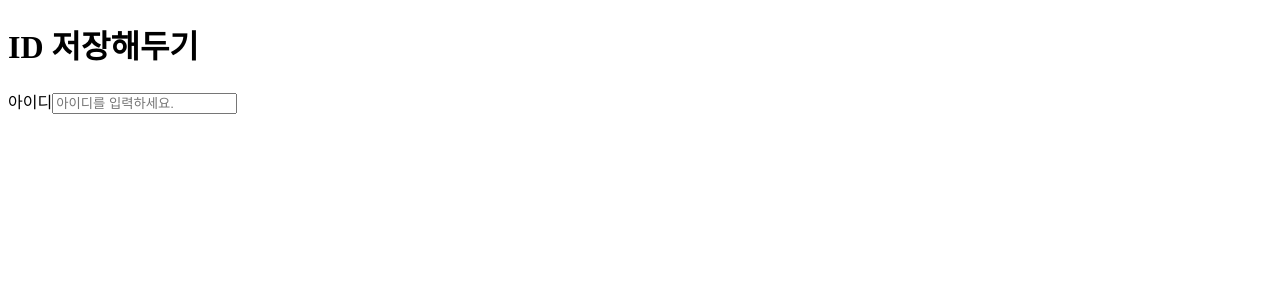
Repository: pro-hk/jsp
Page: http://localhost/chap05/id_save01.jsp
These files come from the project's save history. The page is drawn as it stood at one moment and after the next save; the edit follows.
The browser window is 1280 px wide. The pictures show the whole page.
The page is served by Tomcat 9.

Above is the page before, as saved 2022-01-25 05:20:04.

After the next save:
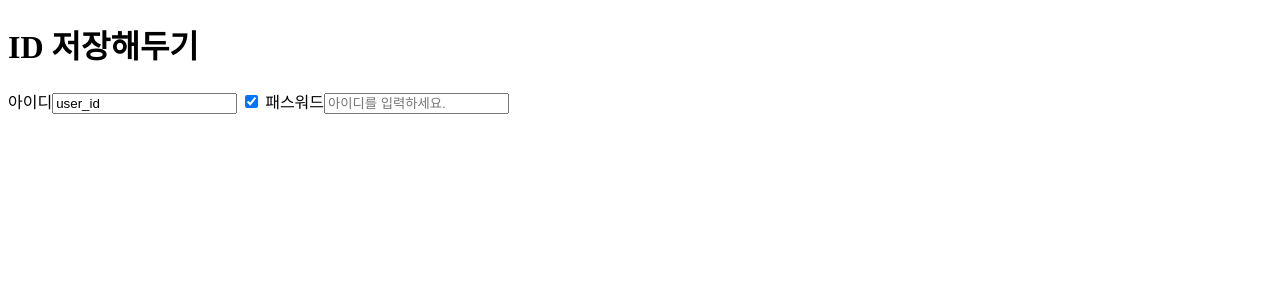
Saved 105 s later.
--- a/chap05/src/main/webapp/id_save01.jsp
+++ b/chap05/src/main/webapp/id_save01.jsp
@@ -9,11 +9,12 @@
 <body>
 	<h1>ID 저장해두기</h1>
 	<div>
-	<labe>
-		<sapn>아이디</sapn><input type="text" name="user_id" placeholder="아이디를 입력하세요.">
-
-	</labe>
-
+	<label>
+		<span>아이디</span><input type="text" name="user_id" value="user_id" placeholder="아이디를 입력하세요.">
+		<input type="checkbox" name="id_check" value="yes" checked>
+	</label>
+	<label><span>패스워드</span><input type="text" name="user_id" placeholder="아이디를 입력하세요.">
+	</label>
 	</div>
 </body>
 </html>
